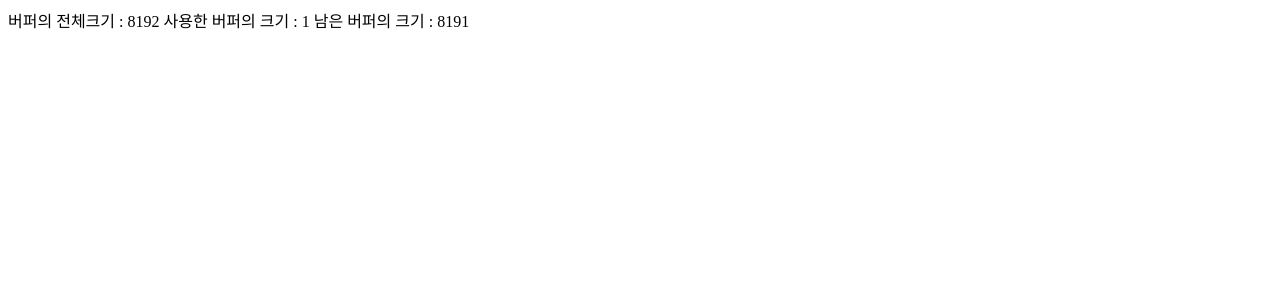
Repository: kr1124/jsp
Page: http://localhost/ServletProject/implicit/bufferEX.jsp
These files come from the project's save history. The page is drawn as it stood at one moment and after the next save; the edit follows.
The browser window is 1280 px wide. The pictures show the whole page.
The page is served by Tomcat 9.

Above is the page before, as saved 2024-12-04 06:50:10.

After the next save:
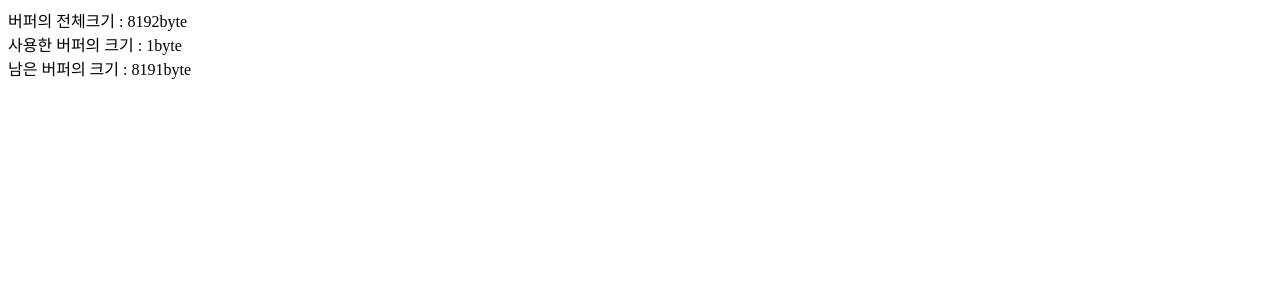
Saved 30 s later.
--- a/ServletProject/src/main/webapp/implicit/bufferEX.jsp
+++ b/ServletProject/src/main/webapp/implicit/bufferEX.jsp
@@ -12,8 +12,8 @@
 		<title></title>
 	</head>
 	<body>
-		버퍼의 전체크기 : <%=bufferSize %>
-		사용한 버퍼의 크기 : <%=usedSize %>
-		남은 버퍼의 크기 : <%=remainSize %>
+		버퍼의 전체크기 : <%=bufferSize %>byte<br>
+		사용한 버퍼의 크기 : <%=usedSize %>byte<br>
+		남은 버퍼의 크기 : <%=remainSize %>byte<br>
 	</body>
 </html>
